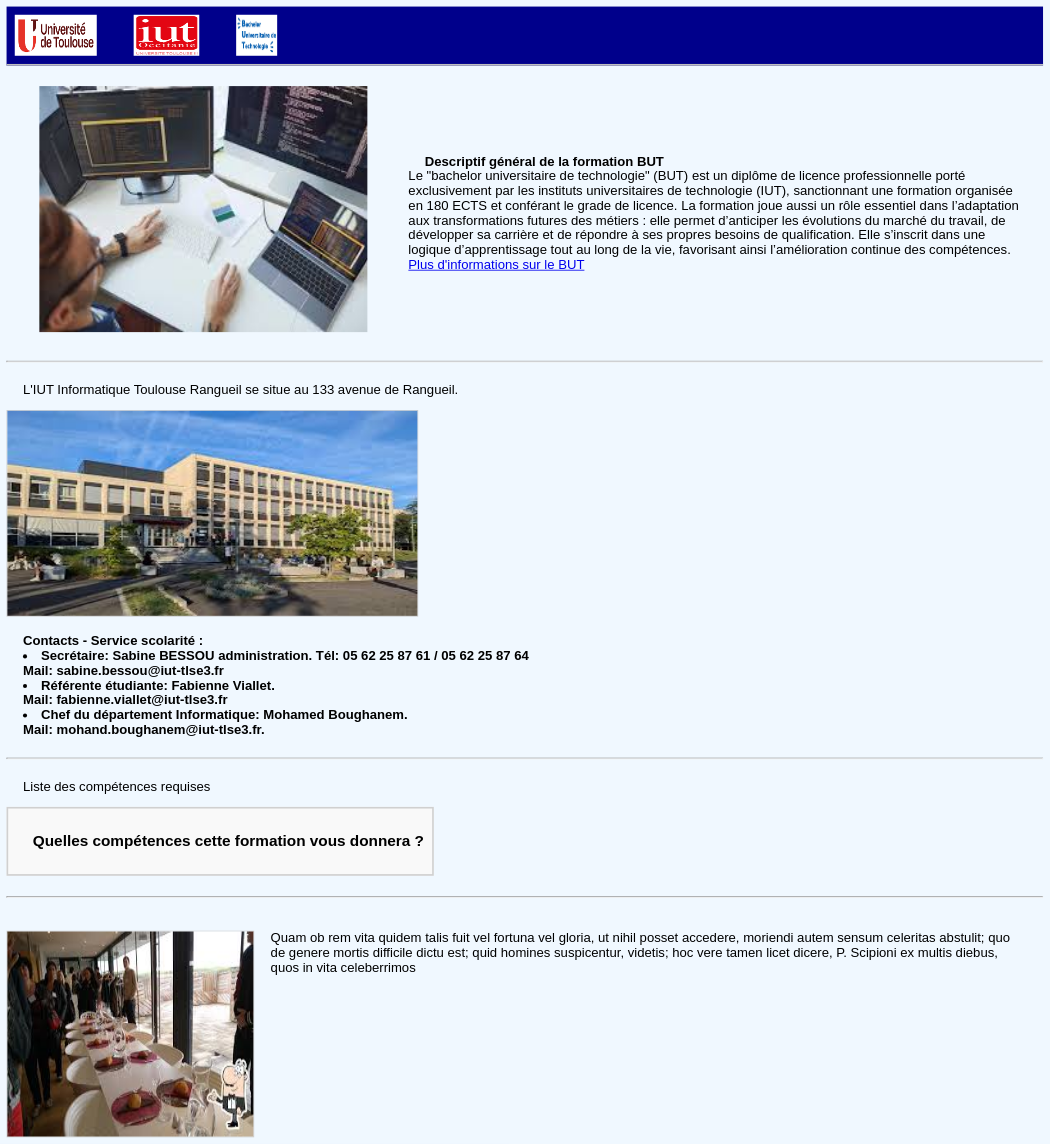
Repository: s0yManar/projet-web-R102
Page: MON.PROJET.HTML&CSS/page.accueil.html
The author's editor kept a copy of each file at every save. The page is drawn from the files as they stood at one save, then again after the next save.
The browser window is 1280 px wide. The pictures show the whole page, at 82% of full size.

Above is the page before, as saved 2025-11-24 12:39:24.

After the next save:
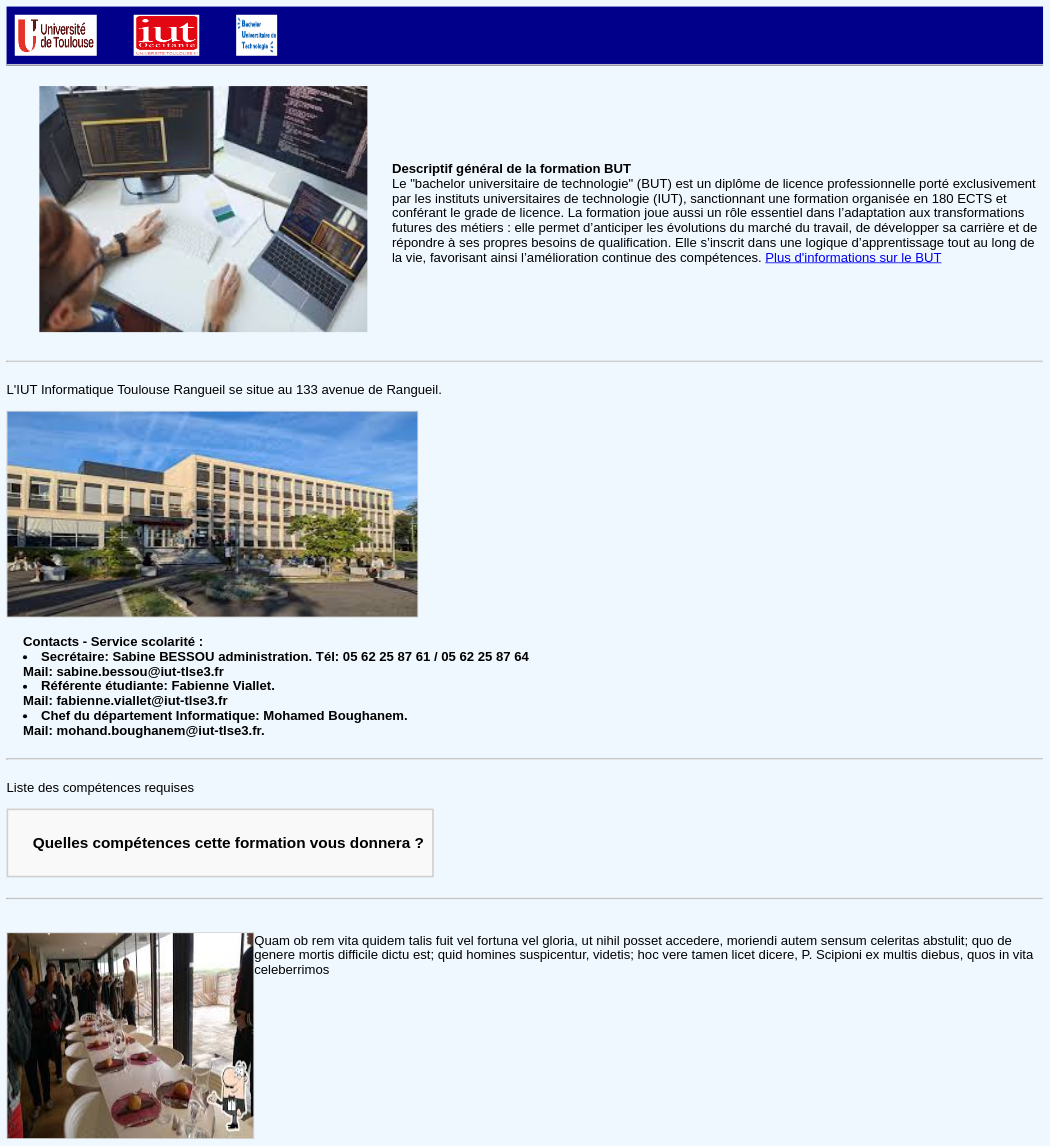
Saved 27 s later.
--- a/MON.PROJET.HTML&CSS/page-accueil.css
+++ b/MON.PROJET.HTML&CSS/page-accueil.css
@@ -65,13 +65,7 @@
 }
 
 /* Petits ajustements de texte */
-p {
-    margin: 15px 20px;
-}
 
-strong {
-    margin-left: 20px;
-}
 
 h3, h4 {
     margin-left: 20px;
